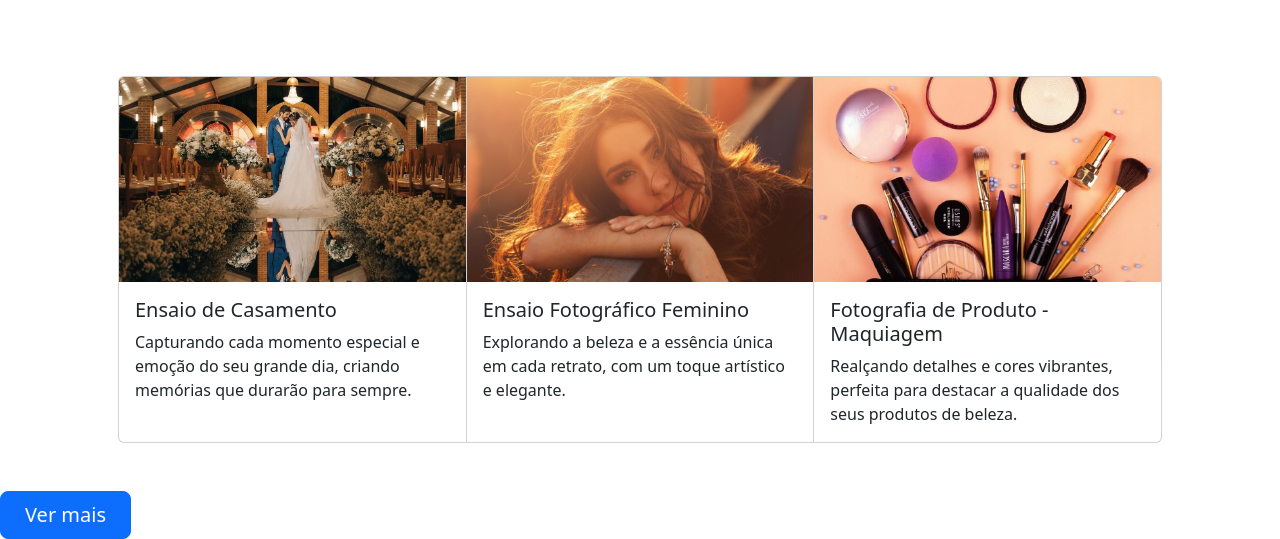
Repository: Marinalr-25/portifolio-fotografia
Page: index.html
These files come from the project's save history. The page is drawn as it stood at one moment and after the next save; the edit follows.
The browser window is 1280 px wide. The pictures show the part of the page from y = 653 to 1192 px (the page is 1192 px tall before and 1144 px after).
A picture or video elsewhere on the page could not be fetched, so the positions and the page height are approximate.

Above is the page before, as saved 2025-01-19 17:00:21.

After the next save:
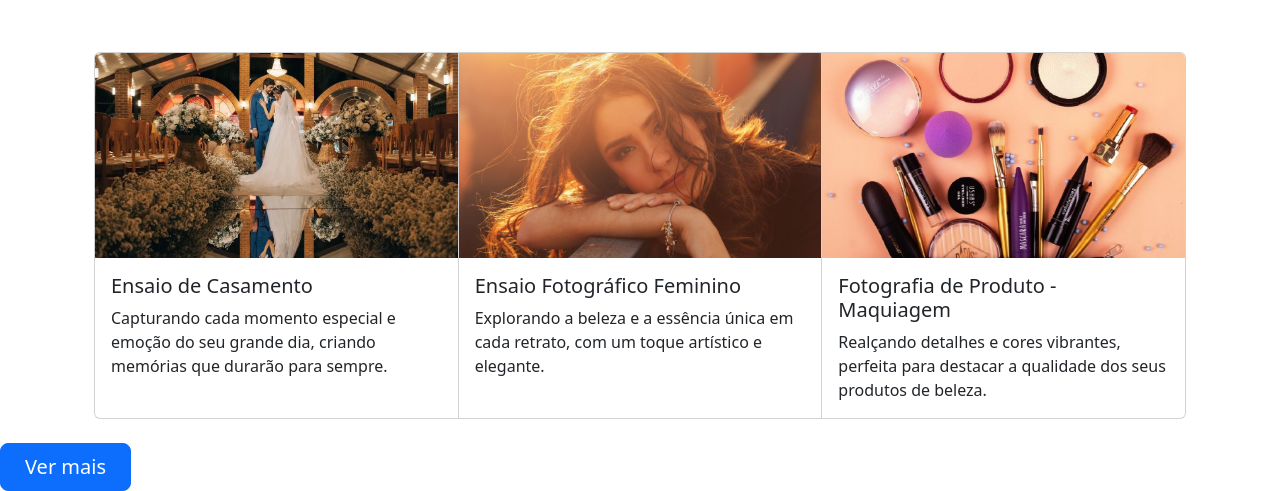
Saved 5 s later.
--- a/index.html
+++ b/index.html
@@ -92,7 +92,7 @@
     </div>
 
     <!-- Galeria -->
-    <div class="container card-group p-5">
+    <div class="container card-group p-4">
       <div class="card">
         <img
           src="src/casamento.webp"
